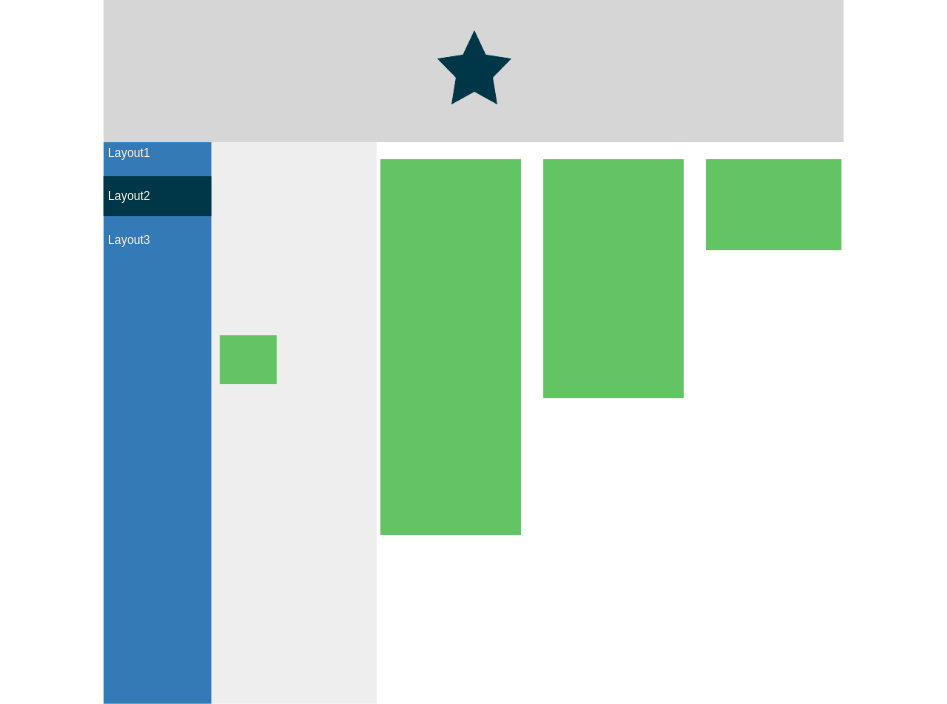
Repository: baliayassin/MyGame
Page: Documents/Aptana Studio 3 Workspace/homeWork2/layOut2.html
The author's editor kept a copy of each file at every save. The page is drawn from the files as they stood at one save, then again after the next save.
The browser window is 1280 px wide. The pictures show the whole page, at 74% of full size.

Above is the page before, as saved 2017-11-29 13:08:08.

After the next save:
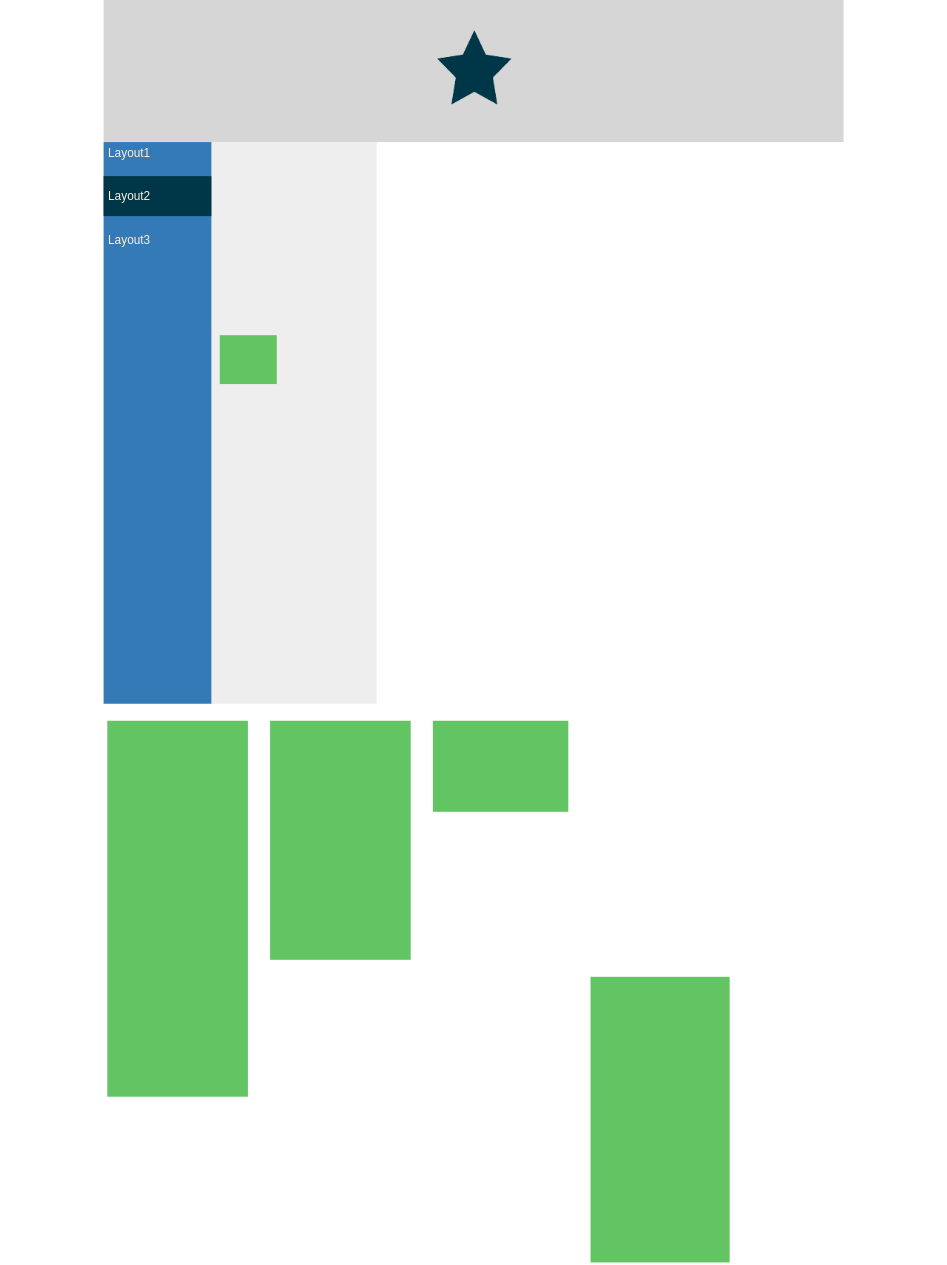
Saved 2 min 52 s later.
--- a/Documents/Aptana Studio 3 Workspace/homeWork2/layOut2.html
+++ b/Documents/Aptana Studio 3 Workspace/homeWork2/layOut2.html
@@ -33,6 +33,7 @@
 
     		<article> </article>
     		<article></article>
+    		<article></article>
 
     		 </section>
 
--- a/Documents/Aptana Studio 3 Workspace/homeWork2/includes/style.css
+++ b/Documents/Aptana Studio 3 Workspace/homeWork2/includes/style.css
@@ -282,3 +282,14 @@ main, nav, aside, footer, section, article, header {
 	float:left;
 
 }
+
+#wrapper2 section article:nth-child(4){
+
+	background:#62C462;
+	margin-left:30px;
+	height:386px;
+	width:188px;
+	float:left;
+    margin-top: 346px;
+
+}
